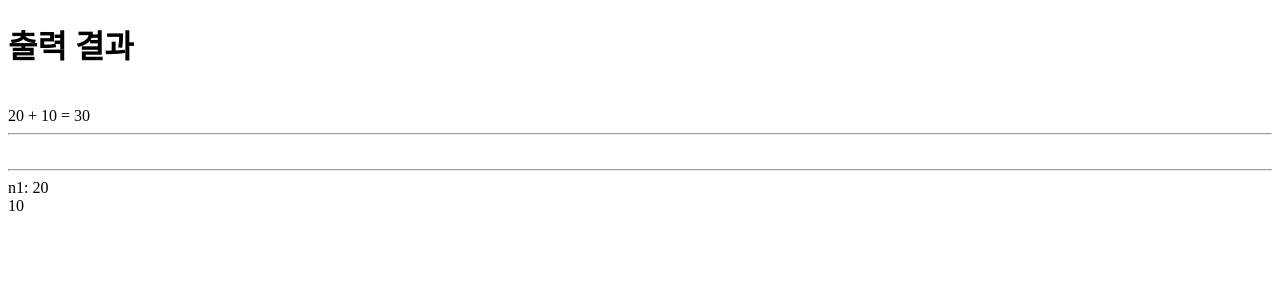
Repository: YoungQWER/js_2024.02.27
Page: http://localhost/web-study-01/AddionServlet03
An editor plug-in stored every save of this project. The page is shown before and after the next save, followed by the edit.
The browser window is 1280 px wide. The pictures show the whole page.
The page is served by Tomcat 9. Other server files are loaded and not shown.

Above is the page before, as saved 2024-02-28 02:11:13.

### web-study-01/src/main/webapp/addition03.jsp
<%@ page language="java" contentType="text/html; charset=UTF-8"
    pageEncoding="UTF-8"%>
<!DOCTYPE html>
<html>
<head>
<meta charset="UTF-8">
<title>Insert title here</title>
</head>
<body>
<h1>출력 결과</h1><br>
 ${num1} + ${num2} = ${add}

 <br><hr>
 <%
 	int n1 = (int)request.getAttribute("num1");
 	int n2 = (int)request.getAttribute("num2");
 %>

 <br><hr>
 n1: <%=n1 %><br>
 <%=n2 %>
</body>
</html>

### web-study-01/src/main/java/unit02/AddionServlet03.java
package unit02;

import java.io.IOException;

import javax.servlet.RequestDispatcher;
import javax.servlet.ServletException;
import javax.servlet.annotation.WebServlet;
import javax.servlet.http.HttpServlet;
import javax.servlet.http.HttpServletRequest;
import javax.servlet.http.HttpServletResponse;


@WebServlet("/AddionServlet03")
public class AddionServlet03 extends HttpServlet {
	private static final long serialVersionUID = 1L;


	protected void doGet(HttpServletRequest request, HttpServletResponse response) throws ServletException, IOException {

		int n1 =20;
		int n2 =10;
		int add = n1+n2;

		request.setAttribute("num1", n1);
		request.setAttribute("num2", n2);
		request.setAttribute("add", add);

		//forward 방식
		RequestDispatcher dispatcher = request.getRequestDispatcher("addition03.jsp");
		dispatcher.forward(request, response);

	}

	protected void doPost(HttpServletRequest request, HttpServletResponse response) throws ServletException, IOException {

	}

}

After the next save:
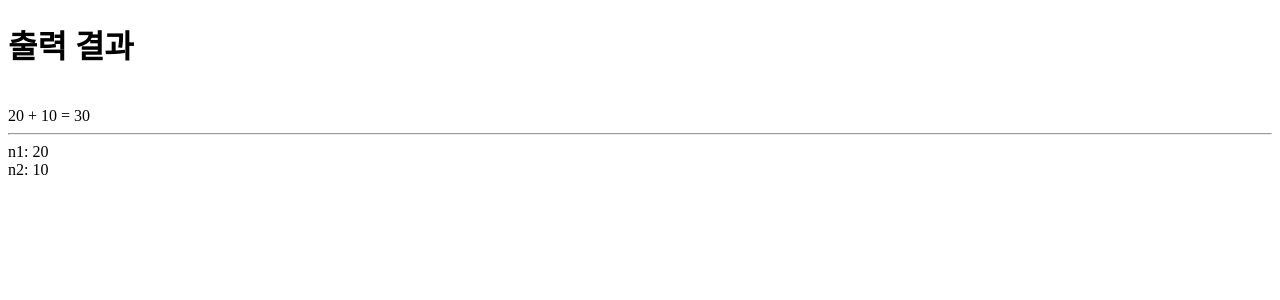
Saved 14 s later.
--- a/web-study-01/src/main/webapp/addition03.jsp
+++ b/web-study-01/src/main/webapp/addition03.jsp
@@ -16,8 +16,7 @@
  	int n2 = (int)request.getAttribute("num2");
  %>
 
- <br><hr>
  n1: <%=n1 %><br>
- <%=n2 %>
+ n2: <%=n2 %>
 </body>
 </html>
